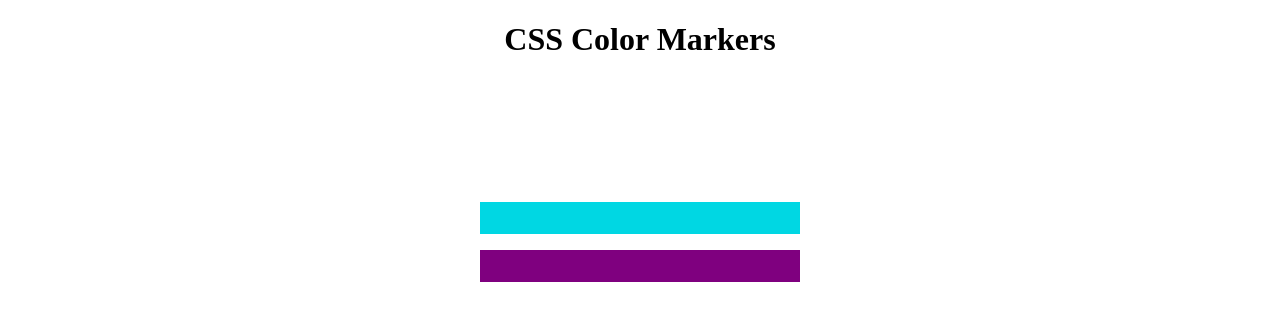
Repository: Lungdjos/color_markers
Page: index.html
These files come from the project's save history. The page is drawn as it stood at one moment and after the next save; the edit follows.
The browser window is 1280 px wide. The pictures show the whole page.

Above is the page before, as saved 2023-09-14 18:21:19.

After the next save:
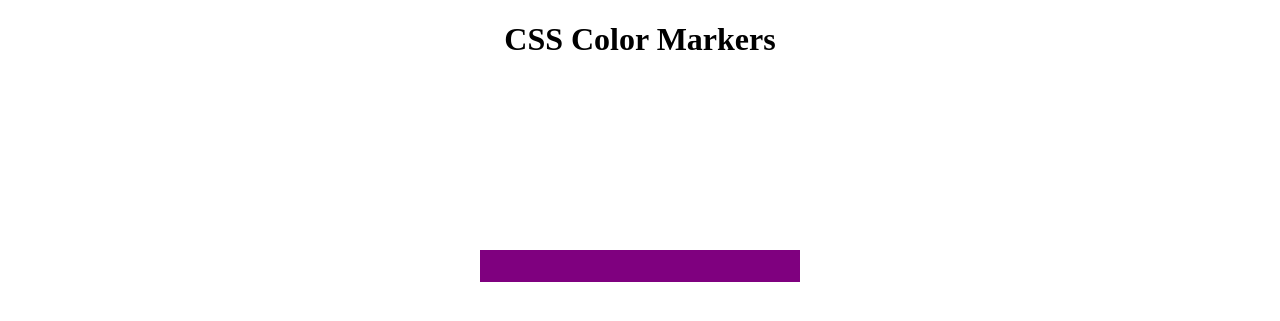
Saved 8 s later.
--- a/index.html
+++ b/index.html
@@ -13,7 +13,7 @@
     <div class="container">
         <div class="marker orange"></div>
         <div class="marker green"></div>
-        <div class="marker three"></div>
+        <div class="marker purple"></div>
         <div class="marker four"></div>
     </div>
 </body>
